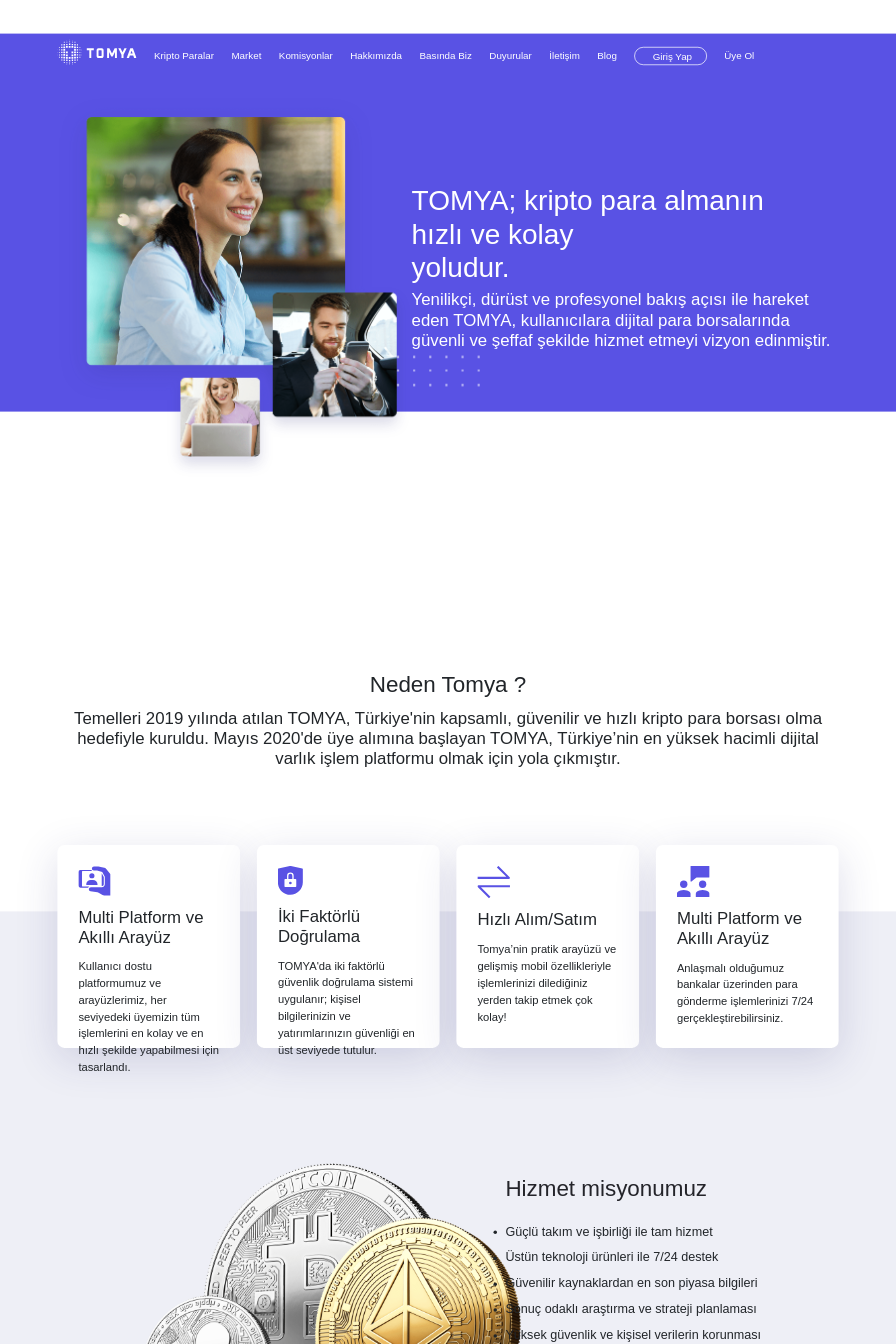
Repository: ezgibayrakli/TomyaProje
Page: index copy.html
These files come from the project's save history. The page is drawn as it stood at one moment and after the next save; the edit follows.
The browser window is 1280 px wide. The pictures show the part of the page from y = 0 to 1920 px (the page is 5229 px tall before and 5181 px after), at 70% of full size.
Some web fonts or font styles are not loaded; a fallback is used.

Above is the page before, as saved 2023-07-06 13:33:29.

### index copy.html
<!DOCTYPE html>
<html lang="en">
<head>
    <meta charset="UTF-8">
    <meta name="viewport" content="width=device-width, initial-scale=1.0">
    <!-- BOOTSTRAP -->
    <link href="https://cdn.jsdelivr.net/npm/bootstrap@5.1.3/dist/css/bootstrap.min.css" rel="stylesheet" integrity="sha384-1BmE4kWBq78iYhFldvKuhfTAU6auU8tT94WrHftjDbrCEXSU1oBoqyl2QvZ6jIW3" crossorigin="anonymous">
    <link rel="stylesheet" href="style.css">
    <title>Hakkımızda-Tomya</title>
</head>
<body>
    <!-- HEADER START -->
    <section id="header">
        <div class="header">
            <div class="container">
                <nav class="navbar navbar-expand-lg mt-5">
                    <div class="header-logo">
                        <img src="photo/tomya-logo.svg" alt="">
                    </div>
                    <button class="navbar-toggler" type="button" data-toggle="collapse" data-target="#navbarNavDropdown" aria-controls="navbarNavDropdown" aria-expanded="false" aria-label="Toggle navigation">
                      <span class="navbar-toggler-icon"></span>
                    </button>
                    <div class="collapse navbar-collapse" id="navbarNavDropdown">
                        <ul class="main-menu-header navbar-nav ">
                            <li><a href="#">Kripto Paralar</a></li>
                            <li><a href="#">Market</a></li>
                            <li><a href="#">Komisyonlar</a></li>
                            <li><a href="#">Hakkımızda</a></li>
                            <li><a href="#">Basında Biz</a></li>
                            <li><a href="#">Duyurular</a></li>
                            <li><a href="#">İletişim</a></li>
                            <li><a href="#">Blog</a></li>
                            <li class="enter"><a href="#">Giriş Yap</a></li>
                            <li><a href="#">Üye Ol</a></li>
                        </ul>
                    </div>
                  </nav>
                <div class="header-text">
                    <div class="header-about-img">
                        <span class="icons-header"></span>
                        <img src="photo/aboutus-banner.png" alt="">
                    </div>
                    <div class="header-about-text">
                        <h1>TOMYA; kripto para almanın <br> hızlı ve kolay <br> yoludur.</h1>
                        <h4>Yenilikçi, dürüst ve profesyonel bakış açısı ile hareket eden TOMYA, kullanıcılara dijital para borsalarında güvenli ve şeffaf şekilde hizmet etmeyi vizyon edinmiştir.</h4>
                    </div>

                </div>
                </div>
            </div>
        </div>
    </section>
    <!-- HEADER END -->

    <!-- MAIN MENU START -->
    <section id="mainmenu">
        <div class="main-menu">
            <div class="container">
              <h2 class="text-md-center mt-5">Neden Tomya ?</h2>
              <h4 class="text-md-center mt-3">Temelleri 2019 yılında atılan TOMYA, Türkiye'nin kapsamlı, güvenilir ve hızlı kripto para borsası olma hedefiyle kuruldu. Mayıs 2020'de üye alımına başlayan TOMYA, Türkiye’nin en yüksek hacimli dijital varlık işlem platformu olmak için yola çıkmıştır.</h4>
            <div class="row">
                <div class="col-sm-12 col-md-3">
                    <div class="box">
                        <img src="photo/ic-selfie.svg" alt="">
                        <div class="box-text">
                            <h4 class="mt-3">Multi Platform ve Akıllı Arayüz</h4>
                            <p class="mt-3">Kullanıcı dostu platformumuz ve arayüzlerimiz, her seviyedeki üyemizin tüm işlemlerini en kolay ve en hızlı şekilde yapabilmesi için tasarlandı.</p>
                        </div>
                    </div>
                </div>
                <div class="col-sm-12 col-md-3">
                    <div class="box">
                        <img src="photo/ic-privacy.svg" alt="">
                        <div class="box-text">
                            <h4 class="mt-3">İki Faktörlü Doğrulama</h4>
                            <p class="mt-3">TOMYA'da iki faktörlü güvenlik doğrulama sistemi uygulanır; kişisel bilgilerinizin ve yatırımlarınızın güvenliği en üst seviyede tutulur.</p>
                        </div>
                    </div>
                </div>
                <div class="col-sm-12 col-md-3">
                    <div class="box">
                        <img src="photo/ic-sellbuy.svg" alt="">
                        <div class="box-text">
                            <h4 class="mt-3">Hızlı Alım/Satım</h4>
                            <p class="mt-3">Tomya’nin pratik arayüzü ve gelişmiş mobil özellikleriyle işlemlerinizi dilediğiniz yerden takip etmek çok kolay!</p>
                        </div>
                    </div>
                </div>
                <div class="col-sm-12 col-md-3">
                    <div class="box">
                        <img src="photo/ic-support.svg" alt="">
                        <div class="box-text">
                            <h4 class="mt-3">Multi Platform ve Akıllı Arayüz</h4>
                            <p class="mt-3">Anlaşmalı olduğumuz bankalar üzerinden para gönderme işlemlerinizi 7/24 gerçekleştirebilirsiniz.</p>
                        </div>
                    </div>
                </div>
            </div>
            </div>
        </div>
        <div class="main-menu-two">
            <div class="container">
                <div class="row">
                    <div class="col-sm-12 col-md-6 coins">
                        <img src="photo/aboutus-coins.png" alt="">
                    </div>
                    <div class="col-sm-12 col-md-6 coins-text">
                        <h2 class="mt-3">Hizmet misyonumuz</h2>
                        <ul class="coins-text-ul">
                            <li>Güçlü takım ve işbirliği ile tam hizmet</li>
                            <li>Üstün teknoloji ürünleri ile 7/24 destek</li>
                            <li>Güvenilir kaynaklardan en son piyasa bilgileri</li>
                            <li>Sonuç odaklı araştırma ve strateji planlaması</li>
                            <li>Yüksek güvenlik ve kişisel verilerin korunması</li>
                        </ul>
                    </div>

                </div>
            </div>
        </div>
        <div class="main-menu-three">
            <div class="container">
                <h2 >İş Ortaklarımız</h2>
                <div class="row">
                        <div class="col-sm-12 col-md-6 bctr-img">
                            <img src="photo/BCTR-logo.png" alt="">
                        </div>
                        <div class="col-sm-12 col-md-6 mt-auto mb-auto ">
                            <p>Tomya Teknoloji A.Ş. olarak kripto ekosisteminde faaliyetlerimize hız kesmeden devam ediyoruz. Türkiye’de sürdürülebilir blockchain ekosistemi oluşturan, bu teknoloji ile yeni dönem iş yapış biçimlerinin önündeki zorlukların giderilmesine yönelik çalışmaları bulunan Blockchain Türkiye Platformu'na platin üye olduk.</p>
                        </div>
                </div>
            </div>
        </div>
        <div class="main-menu-four">
    <div class="container">
        <div class="row">
            <div class="col-sm-6">
                <h2>TOMYA'yı Sosyal Medyada Takip Edin</h2>
                <h3 class="mt-3">Dijital para borsalarındaki diğer yatırımcılarla bağlantı kurmak, promosyonlar hakkında bilgi almak ve yatırım stratejilerini tartışmak için TOMYA'yı sosyal medya üzerinden takip edebilirsiniz.</h3>
                <a href="#" ><img src="photo/followTwitter.svg" alt="" class="mt-5"></a>
            </div>
                <div class="col-sm-6 twitter-img">
                    <img  alt="img_twitter_social" src="photo/img_twitter_social.png">
                </div>
            </div>
    </div>
        </div>
        <div class="main-menu-five">
            <div class="container">
                <div class="box">
                    <div class="row">
                        <div class="col-md-4">
                            <h2>Basın Kiti</h2>
                        </div>
                        <div class="col-md-8">
                            <h3>Markamıza ait logomuzun medya kanallarında ya da farklı mecralarda en doğru şekilde kullanımı için basın materyallerini indirebilirsiniz.</h3>
                        </div>
                    </div>
                    <div class="row" style="height: 200px;margin-top: 45px;">
                        <div class="col-md-2 bg-white" style="margin-right:20px;border-radius: 10px;">
                            <h6 style="margin-top: 150px;text-align: center;">Logo Kullanımı</h6>
                        </div>
                        <div class="col bg-white" style="border-radius: 10px;">
                            <div class="row">
                                <div class="col-md-3">
                                    <h6 style="margin-top: 140px;text-align: center;">Renkli ve <br>
                                        Siyah/Beyaz kullanım</h6>
                                </div>
                                <div class="col-md-3">
                                    <h6 style="margin-top: 140px;text-align: center;">Logo baskı, web ve <br>
                                        HEX renk kodları</h6></div>
                                <div class="col-md-6">
                                <a href="#">
                                    <h6 class="btn-outline" style="margin-top: 140px;text-align: center;">
                                        Basın Kitini İndir
                                    </h6>
                                </a>
                                </div>
                        </div>

                    </div>
                </div>
            </div>
        </div>
    </section>
    <!-- MAIN MENU END -->

    <!-- FOOTER START -->
    <div class="footer">
        <div class="footer-one mt-5">
            <div class="container">
                <div class="wrap d-flex align-items-start flex-lg-row flex-column">
                    <h3>Avantajlı Kripto İşlemleri</h3>
                    <h5 class="w-100 ml-lg-3 mt-lg-0 ">TOMYA, müşterilerine güvenilir ve șeffaf hizmet anlayışının yanında düșük komisyon prensipleri de sunar. TOMYA ile dijital para borsalarındaki alım satım deneyiminizi en üst noktaya çıkarabilirsiniz.</h5>
                    <a href="#" class="btn mr-auto ml-auto  mr-lg-0 mt-lg-0 ">Hesap Oluştur</a>
                </div>
            </div>
        </div>
    <footer class="footer-two footer">
    <div class="container">
        <div class="row">
            <div class="col-md-2 items">
                <h6>Kurumsal</h6>
                <ul>
                    <li><a href="#">Kullanıcı Sözleşmesi</a></li>
                    <li><a href="#">Gizlilik ve Çerez Politikası</a></li>
                    <li><a href="#">Kişisel Verilerin Korunması</a></li>
                    <li><a href="#">Açık Rıza Ve Dijital İletişim İzni Beyanı</a></li>
                    <li><a href="#">Hakkımızda</a></li>
                    <li><a href="#">İletişim</a></li>
                </ul>
            </div>
            <div class="col-md-2 items">
                <h6>Kullanıcılar için</h6>
                <ul>
                    <li><a href="#">Blog</a></li>
                    <li><a href="#">Basında Biz</a></li>
                    <li><a href="#">Sıkça Sorulan Sorular</a></li>
                    <li><a href="#">Kripto Hesaplayıcı</a></li>
                    <li><a href="#">Kripto Sözlük</a></li>
                    <li><a href="#">Duyurular</a></li>
                    <li><a href="#">Limitler</a></li>
                    <li><a href="#">Para Yatırma ve Çekme Platformları</a></li>
                    <li><a href="#">Kara Para Aklamayı Önleme Politikası</a></li>
                    <li><a href="#">Müşterini Tanı (KYC) Politikası</a></li>

                </ul>
            </div>
            <div class="col-md-2 items">
                <h6>Kripto paralar</h6>
            <ul >
                    <li><a href="#">Bitcoin</a></li>
                    <li><a href="#">Ethereum</a></li>
                    <li><a  href="#">Ripple</a></li>
                    <li> <a  href="#">Litecoin</a></li>
                    <li><a  href="#">Tether</a></li>
                    <li> <a  href="#">Chainlink</a></li>
                    <li> <a  href="#">Polkadot</a></li>
                    <li> <a  href="#">Avalanche</a></li>
                    <li><a  href="#">Binance Coin</a></li>
                    <li>  <a  href="#">Pancakeswap</a></li>
                    <li> <a  href="#">Solana</a></li>
                    <li><a  href="#">NEAR Protocol</a></li>
                    <li> <a  href="#">ApeCoin</a></li>
                    <li><a  href="#">Uniswap</a></li>
                    <li><a  href="#">Fantom</a></li>
                    <li><a  href="#">Curve DAO</a></li>
                    <li> <a  href="#">Ethereum Classic</a></li>
            </ul>
            </div>
            <div class="col-md-2 items mt-4">
            <ul>
                <li><a href="#">Dogecoin</a></li>
                <li> <a href="#">Cardano</a></li>
                <li><a href="#">NEO</a></li>
                <li>  <a href="#">Chiliz</a></li>
                <li><a href="#">Holochain</a></li>
                <li> <a href="#">BitTorrent Chain</a></li>
                <li><a href="#">Decentraland</a></li>
                <li><a href="#">The Sandbox</a></li>
                <li> <a href="#">Shiba Inu</a></li>
                <li><a href="#">Polygon</a></li>
                <li> <a href="#">PAX Gold</a></li>
                <li> <a href="#">Cosmos</a></li>
                <li><a href="#">Enjin Coin</a></li>
                <li> <a href="#">VeChain</a></li>
                <li><a href="#">THORChain </a></li>
                <li> <a href="#">Oasis Network</a></li>

            </ul>
            </div>
            <div class="col-md-2 items">
                <h6>Rehber</h6>
                <ul>
                <li>  <a href="#">Bitcoin al</a></li>
                <li><a href="#">Ethereum al</a></li>
                <li> <a href="#">Ripple al</a></li>
                <li><a href="#">Litecoin al</a></li>
                <li> <a href="#">Tether al</a></li>
                <li> <a href="#">Chainlink al</a></li>
                <li><a href="#">Polkadot al</a></li>
                <li><a href="#">Avalanche al</a></li>
                <li> <a href="#">Binance Coin al</a></li>
                <li> <a href="#">Pancakeswap al</a></li>
                <li><a href="#">Solana al</a></li>
                <li><a href="#">NEAR Protocol al</a></li>
                <li><a href="#">ApeCoin al</a></li>
                <li> <a href="#">Uniswap al</a></li>
                <li>  <a href="#">Fantom al</a></li>
                <li><a href="#">Curve DAO al</a></li>
                <li><a href="#">Ethereum Classic al</a></li>

            </ul>
            </div>
            <div class="col-md-2 items mt-4">
            <ul>
                <li>   <a href="#">Dogecoin al</a></li>
                <li> <a href="#">Cardano al</a></li>
                <li><a href="#">NEO al</a></li>
                <li><a href="#">Chiliz al</a></li>
                <li><a href="#">Holochain al</a></li>
                <li> <a href="#">BitTorrent Chain al</a></li>
                <li> <a href="#">Decentraland al</a></li>
                <li><a href="#">The Sandbox al</a></li>
                <li><a href="#">Shiba Inu al</a></li>
                <li><a href="#">Polygon al</a></li>
                <li><a href="#">PAX Gold al</a></li>
                <li> <a href="#">Cosmos al</a></li>
                <li> <a href="#">Enjin Coin al</a></li>
                <li><a href="#">VeChain al</a></li>
                <li><a href="#">THORChain al</a></li>
                <li><a href="#">Oasis Network al</a></li>

            </ul>
            </div>
        </div>
        <hr class="mt-5" style="color: gray;">
      <div class=" pt-5 d-flex justify-content-lg-between flex-lg-row flex-column align-items-lg-center">
            <div>
            <h6 >TOMYA TEKNOLOJİ A.Ş. <br>Maslak Mah. Saat Sok. Spine Tower No: 5/10, <br>Sarıyer / İstanbul </h6>
            <br><h6 >Tel: 0(212) 807 10 71(72-73)</h6>
        </div>
        <div>
        <div class="social d-flex justify-content-lg-end mt-lg-0 mt-5">
            <a class="mr-4" href="https://www.facebook.com/tomya.com" target="_blank"><img  alt="facebook-ikon" src="photo/ic-fb.svg"></a>
            <a class="mr-4" href="https://twitter.com/tomyacom" target="_blank"><img  alt="twitter-ikon" src="photo/ic-tw.svg"></a>
            <a class="mr-4" href="https://www.instagram.com/tomyacom/" target="_blank"><img alt="instagram-ikon" src="photo/ic-ins.svg"></a>
            <a class="mr-4" href="https://t.me/tomyacom" target="_blank"><img alt="telegram-ikon" src="photo/ic-telegram.svg"></a>
            <a class="mr-4" href="https://www.youtube.com/channel/UCSOpFT_5xJLvf6yfXIyxDlQ" target="_blank"><img alt="yt-ikon" src="photo/ic-yt-logo.svg"></a>
        </div>
        </div>
       </div>
       <div class="row">
        <h6 class="mt-5 mb-5 tomya-end">Tüm Hakları Saklıdır. © 2021 - TOMYA <br> TOMYA TEKNOLOJİ A.Ş. <br> Mersis No: 0850062440300001</h6>
       </div>
    </div>
       </footer>

    </div>
    <!-- FOOTER END -->

    <script src="tomya.js"></script>
    <script src="https://cdn.jsdelivr.net/npm/bootstrap@5.1.3/dist/js/bootstrap.bundle.min.js" integrity="sha384-ka7Sk0Gln4gmtz2MlQnikT1wXgYsOg+OMhuP+IlRH9sENBO0LRn5q+8nbTov4+1p" crossorigin="anonymous"></script>
    <!-- SAYFAMIZIN NETWORK KISMINDAN UYGULANIP UYGULANMADIGINI GORURUZ -->
</body>
</html>

Loaded but not shown: style.css (302 lines, source omitted); tomya.js (no copy from this time; the picture is the same without it)

After the next save:
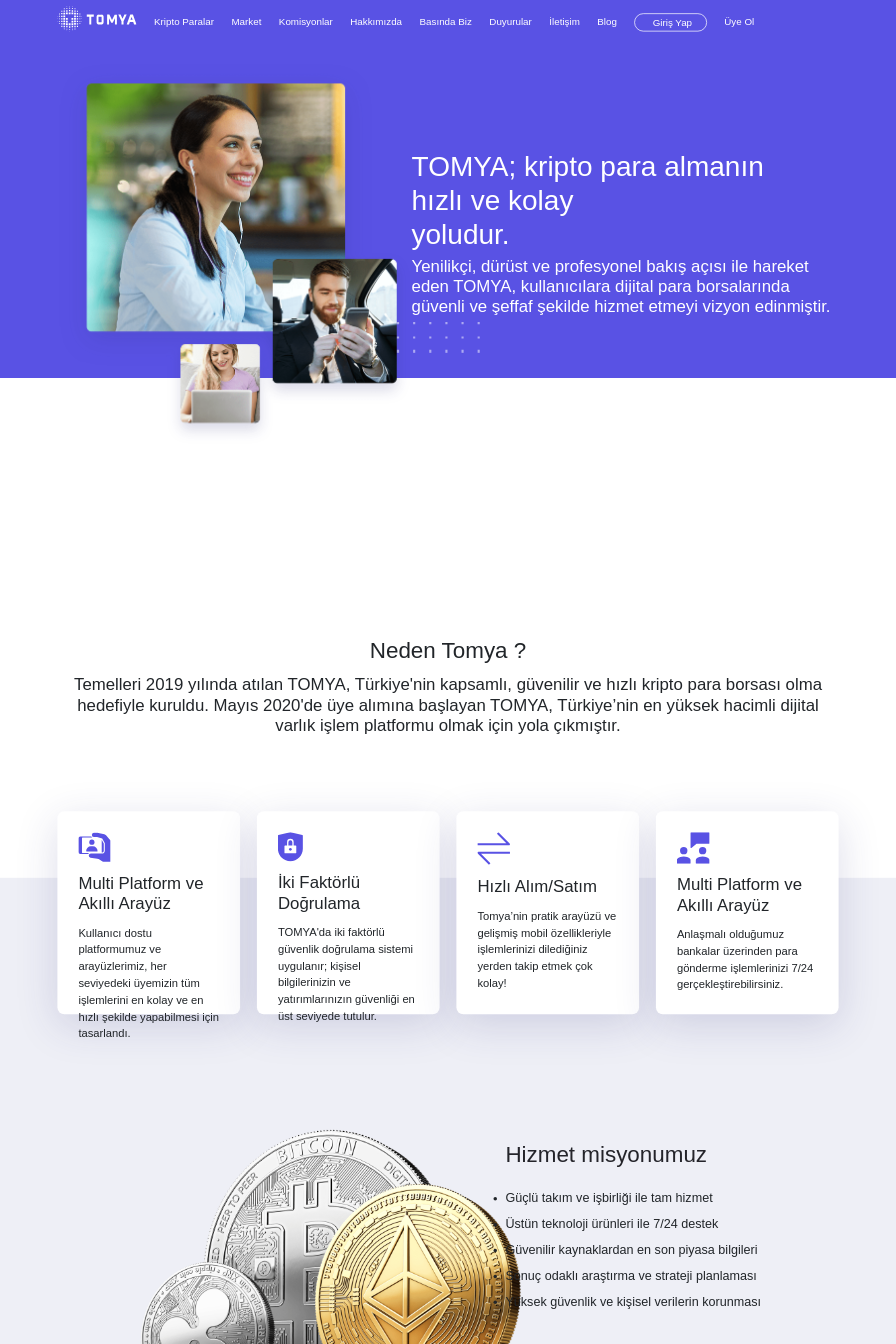
Saved 6 s later.
--- a/index copy.html
+++ b/index copy.html
@@ -13,7 +13,7 @@
     <section id="header">
         <div class="header">
             <div class="container">
-                <nav class="navbar navbar-expand-lg mt-5">
+                <nav class="navbar navbar-expand-lg navbar-light">
                     <div class="header-logo">
                         <img src="photo/tomya-logo.svg" alt="">
                     </div>

After the save that followed:
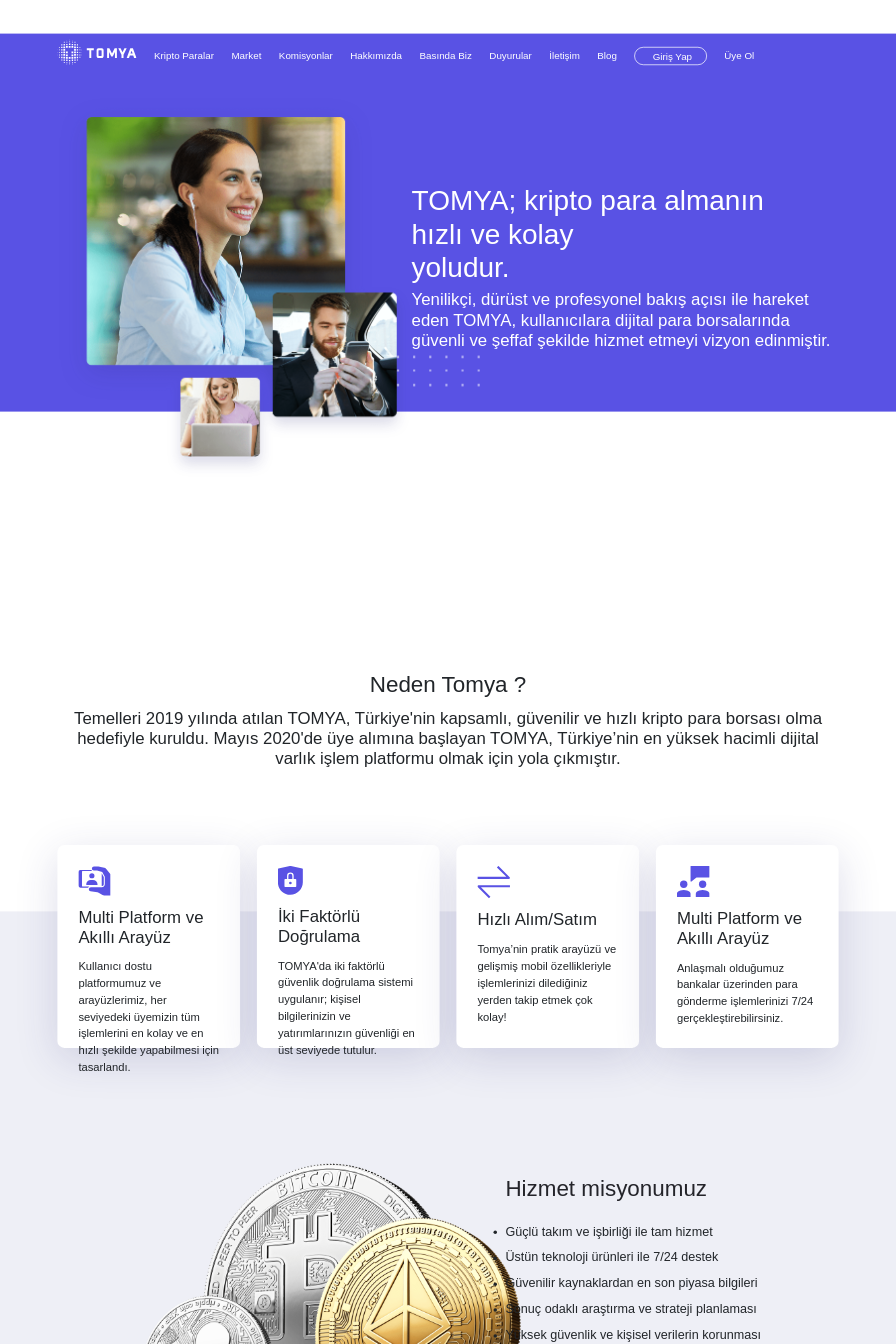
Saved 8 s later.
--- a/index copy.html
+++ b/index copy.html
@@ -13,7 +13,7 @@
     <section id="header">
         <div class="header">
             <div class="container">
-                <nav class="navbar navbar-expand-lg navbar-light">
+                <nav class="navbar navbar-expand-lg navbar-light mt-5">
                     <div class="header-logo">
                         <img src="photo/tomya-logo.svg" alt="">
                     </div>
